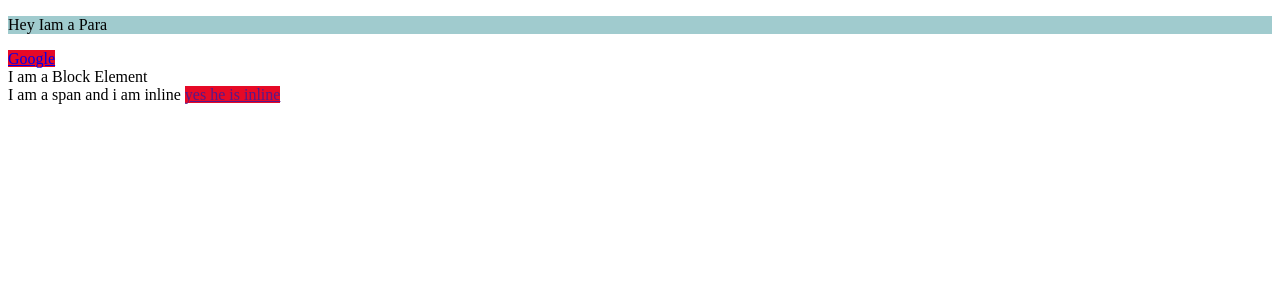
Repository: Mohan2347/Project-2
Page: 6.html
An editor plug-in stored every save of this project. The page is shown before and after a run of saves, followed by the edit.
The browser window is 1280 px wide. The pictures show the whole page.

Above is the page before, as saved 2024-11-13 21:46:19.

After the next 5 saves:
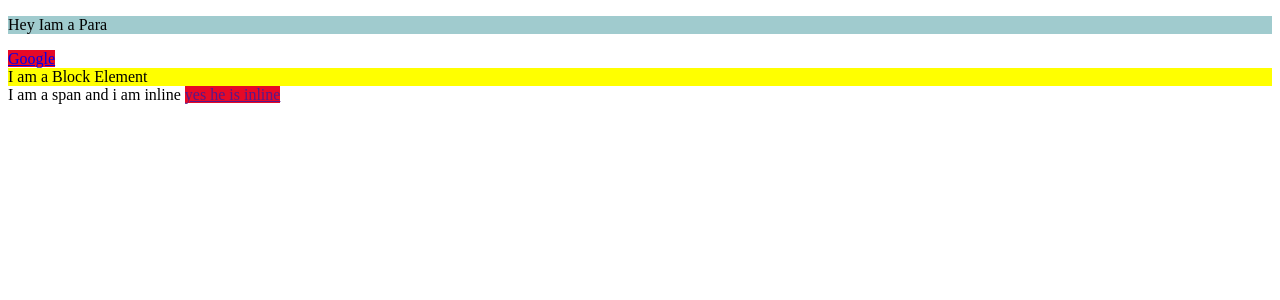
The 5 saves are shown as one change because they came seconds apart.
The last was saved 15 s later.
--- a/3.css
+++ b/3.css
@@ -5,3 +5,7 @@ p{
 a{
     background-color: rgb(230, 9, 38);
 }
+
+div{
+    background-color:yellow;
+}
